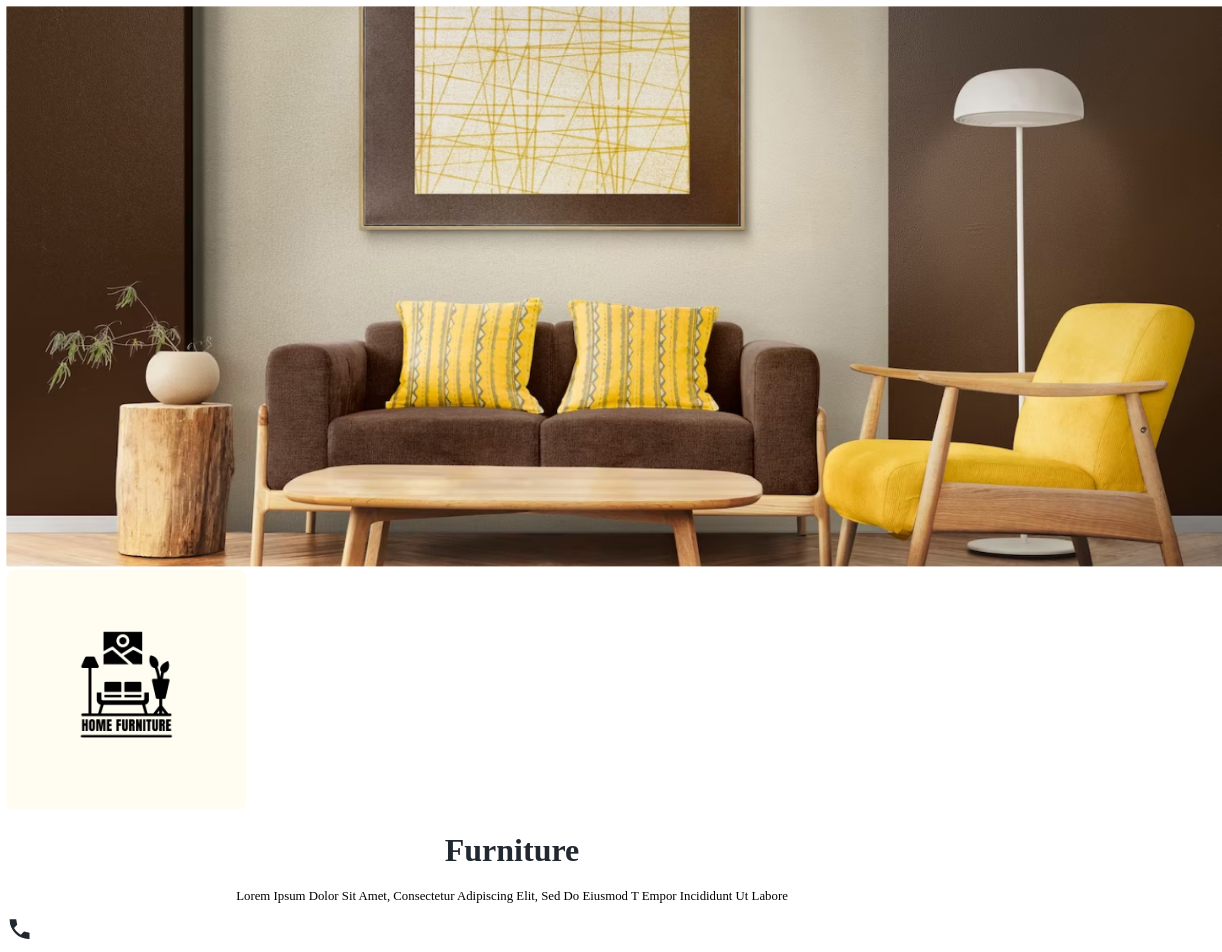
Repository: nikita120402/next13-deploy
Page: /
An editor plug-in stored every save of this project. The page is shown before and after the next save, followed by the edit.
The browser window is 1280 px wide. The page is 1528 px wide, so the pictures cover 1528 px, including what lies to the right of the window. The pictures show the whole page, at 80% of full size.
The project was rebuilt for these pictures with package versions that can differ from the ones it lists, and the page was loaded fresh each time. The framework's server and built-in components were replaced by stand-ins that run in the browser. Also part of the build but not shown: next.config.js.

Above is the page before, as saved 2023-08-02 14:06:01.

After the next save:
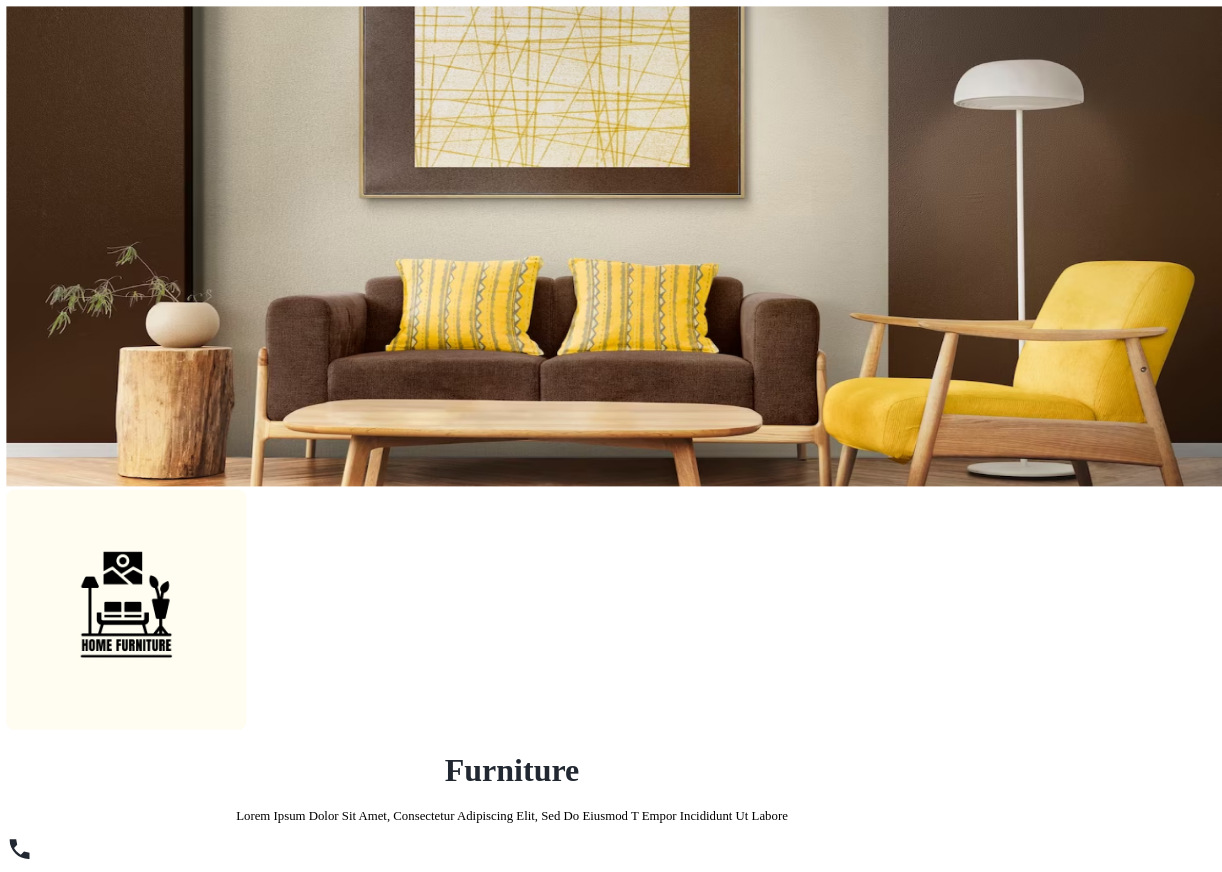
Saved 12 s later.
--- a/src/app/page.tsx
+++ b/src/app/page.tsx
@@ -7,7 +7,7 @@ export default function Page() {
       src="/../public/image/Rectangle 25.jpg"
       alt="Picture"
       width={1520}
-      height={700}
+      height={600}
           />
           <Image
           src="/../public/image/final logo.jpg"
